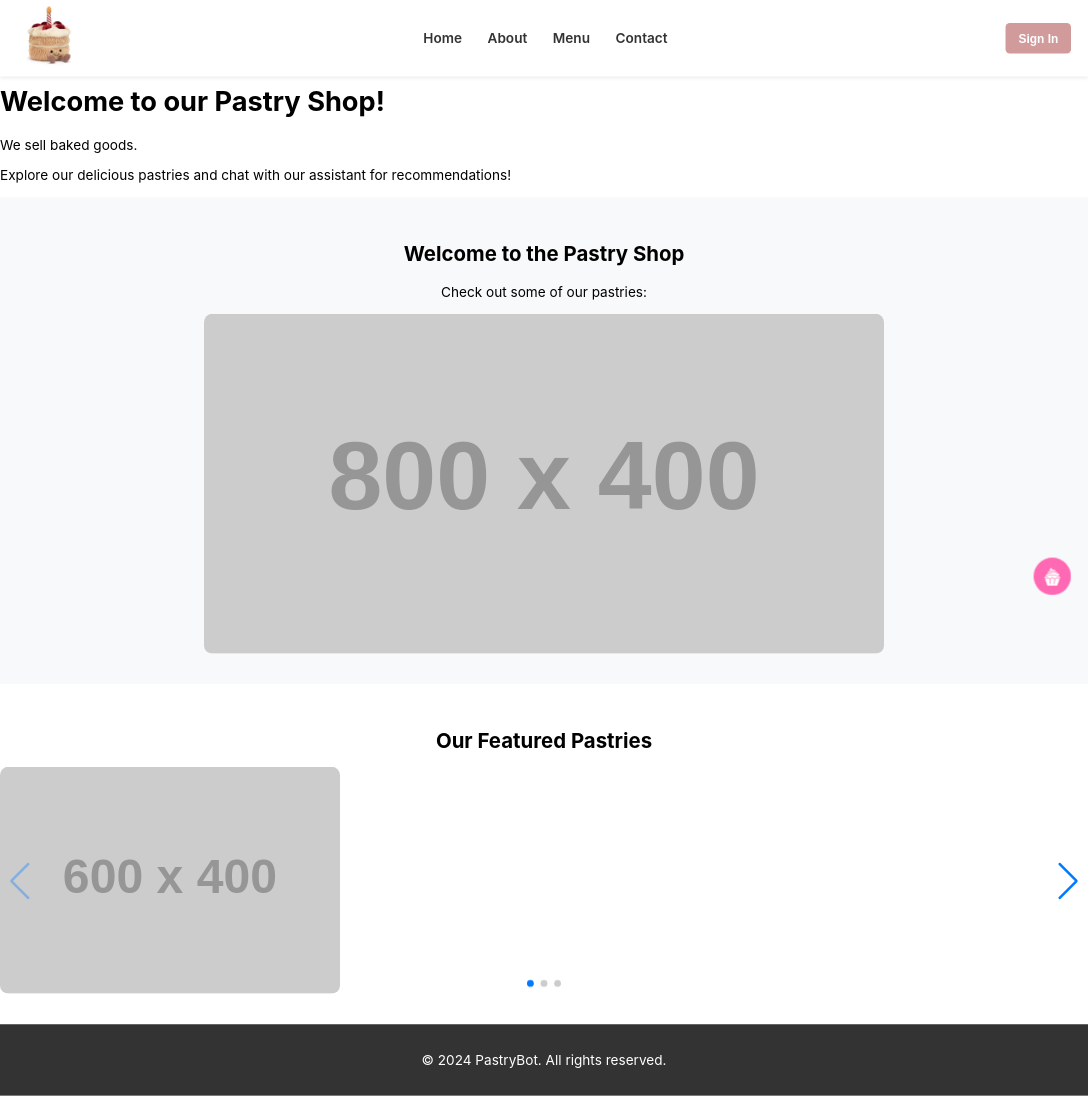
Repository: agrnerd17/Website-Chatbot
Page: / (app in pastry-chatbot/)
The author's editor kept a copy of each file at every save. The page is drawn from the files as they stood at one save, then again after the next save.
The browser window is 1280 px wide. The pictures show the whole page, at 85% of full size.
The project was rebuilt for these pictures with package versions that can differ from the ones it lists, and the page was loaded fresh each time. Also part of the build but not shown: pastry-chatbot/src/components/Chatbot.js.

Above is the page before, as saved 2024-12-09 14:35:53.

After the next save:
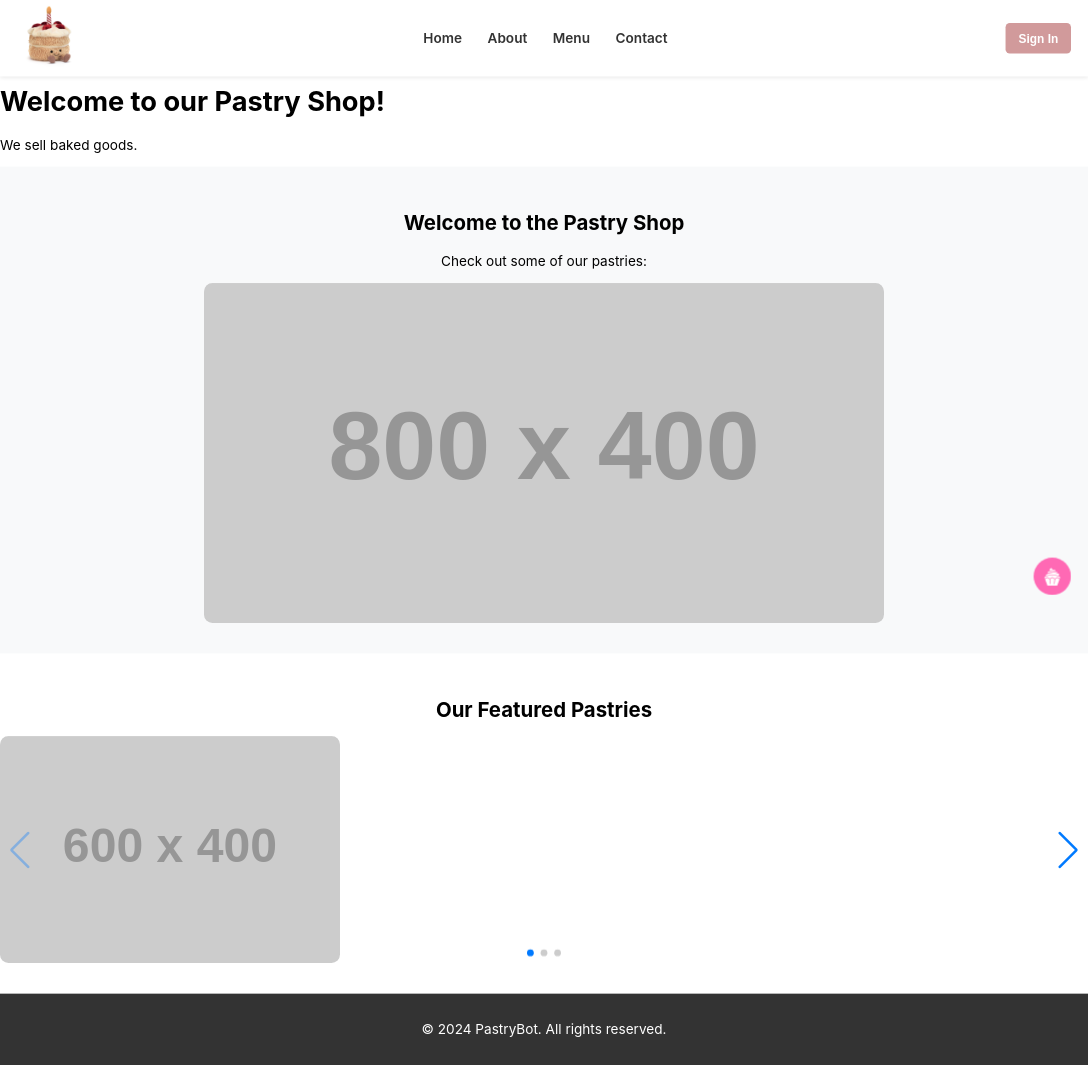
Saved 19 s later.
--- a/pastry-chatbot/src/App.js
+++ b/pastry-chatbot/src/App.js
@@ -20,9 +20,7 @@
         <p>We sell baked goods.</p>
       </main>
       <main>
-        <div className="content text-center">
-          <p>Explore our delicious pastries and chat with our assistant for recommendations!</p>
-        </div>
+
       </main>
 
       {/* Conditionally render the Chatbot */}

After the save that followed:
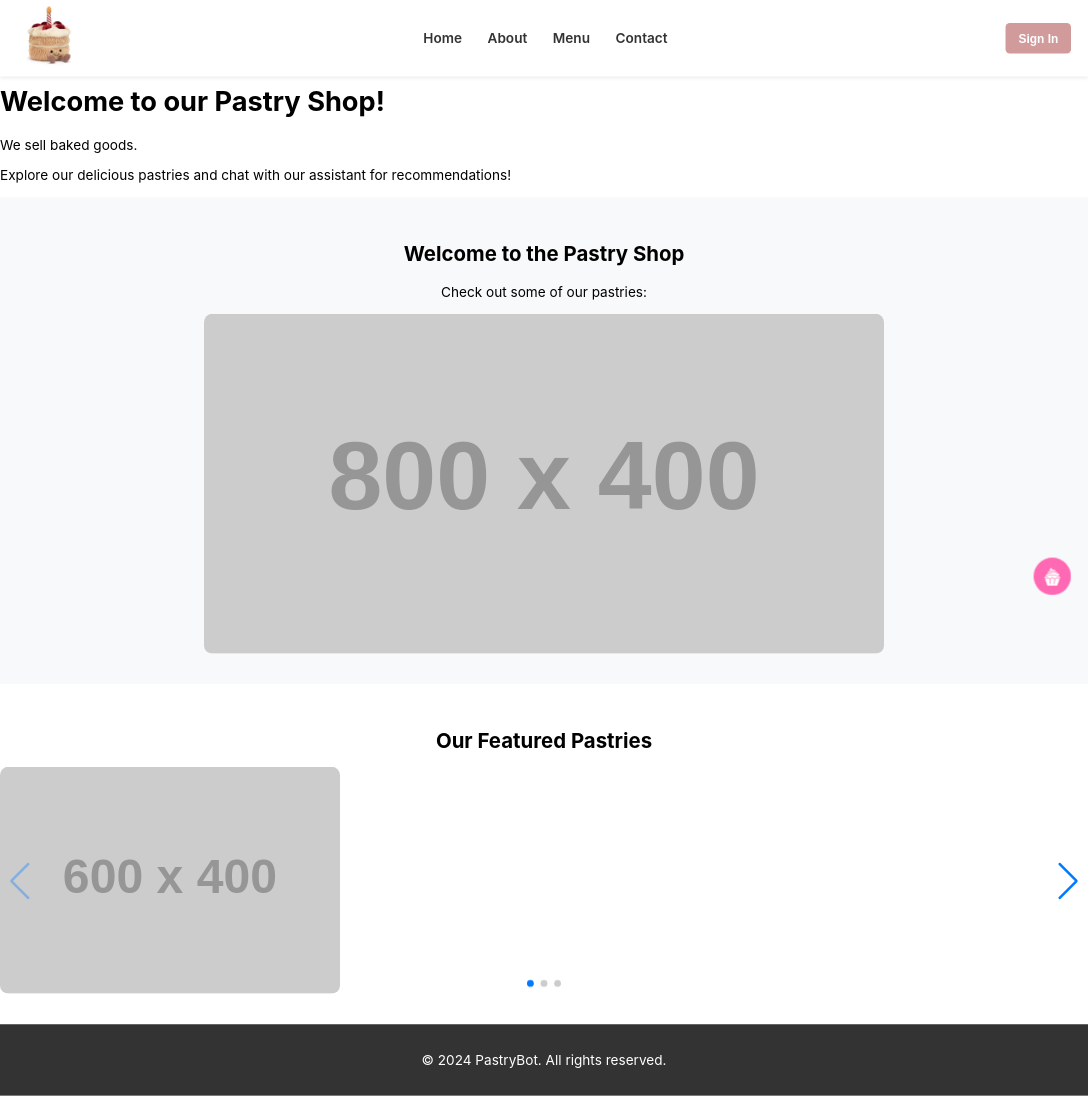
Saved 10 s later.
--- a/pastry-chatbot/src/App.js
+++ b/pastry-chatbot/src/App.js
@@ -20,7 +20,9 @@
         <p>We sell baked goods.</p>
       </main>
       <main>
-
+        <div className="content text-center">
+          <p>Explore our delicious pastries and chat with our assistant for recommendations!</p>
+        </div>
       </main>
 
       {/* Conditionally render the Chatbot */}
